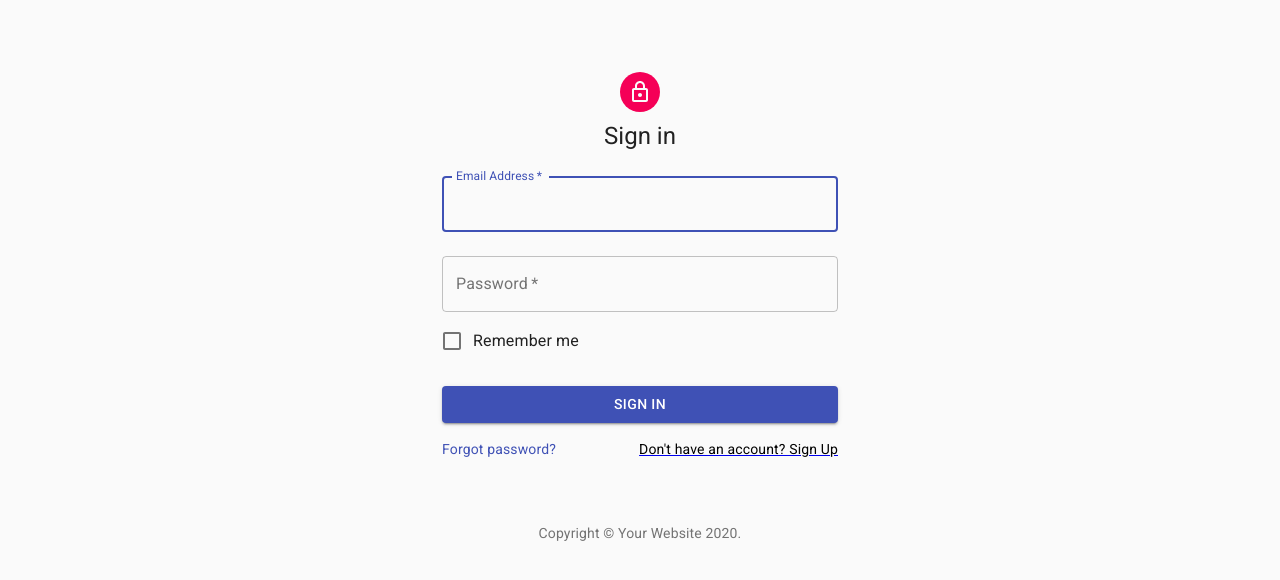
Repository: mk1020/Daily-Bot
Page: /
An editor plug-in stored every save of this project. The page is shown before and after the next save, followed by the edit.
The browser window is 1280 px wide. The pictures show the whole page.
The project was rebuilt for these pictures with package versions that can differ from the ones it lists, and the page was loaded fresh each time. Also part of the build but not shown: src/components/SignUp/SignUp.module.css, src/components/SignUp/SignUp.js, src/App.module.css.

Above is the page before, as saved 2020-03-09 14:48:40.

### public/index.html
<!DOCTYPE html>
<html lang="en">
  <head>
    <meta charset="utf-8" />
    <link rel="icon" href="%PUBLIC_URL%/favicon.ico" />
    <meta name="viewport" content="width=device-width, initial-scale=1" />
    <meta name="theme-color" content="#000000" />
    <meta
      name="description"
      content="Web site created using create-react-app"
    />
    <link rel="apple-touch-icon" href="%PUBLIC_URL%/logo192.png" />
    <!--
      manifest.json provides metadata used when your web app is installed on a
      user's mobile device or desktop. See https://developers.google.com/web/fundamentals/web-app-manifest/
    -->
    <link rel="manifest" href="%PUBLIC_URL%/manifest.json" />
    <link rel="stylesheet" href="https://fonts.googleapis.com/css?family=Roboto:300,400,500,700&display=swap" />
    <link rel="stylesheet" href="https://fonts.googleapis.com/icon?family=Material+Icons" />
    <!--
      Notice the use of %PUBLIC_URL% in the tags above.
      It will be replaced with the URL of the `public` folder during the build.
      Only files inside the `public` folder can be referenced from the HTML.

      Unlike "/favicon.ico" or "favicon.ico", "%PUBLIC_URL%/favicon.ico" will
      work correctly both with client-side routing and a non-root public URL.
      Learn how to configure a non-root public URL by running `npm run build`.
    -->
    <title>React App</title>
  </head>
  <body>
    <noscript>You need to enable JavaScript to run this app.</noscript>
<!--     <script src="/node_modules/amazon-cognito-identity-js/dist/amazon-cognito-identity.min.js"></script>
 -->    <div id="root"></div>
    <!--
      This HTML file is a template.
      If you open it directly in the browser, you will see an empty page.

      You can add webfonts, meta tags, or analytics to this file.
      The build step will place the bundled scripts into the <body> tag.

      To begin the development, run `npm start` or `yarn start`.
      To create a production bundle, use `npm run build` or `yarn build`.
    -->
  </body>
</html>

### src/index.tsx
import React from 'react';
import ReactDOM from 'react-dom';
import './index.css';
import App from './App';
import * as serviceWorker from './serviceWorker';
import Amplify from 'aws-amplify';
import awsconfig from './aws-exports';
import { BrowserRouter } from 'react-router-dom';

Amplify.configure(awsconfig);

ReactDOM.render(
	<BrowserRouter>
		<App />
	</BrowserRouter>,
	document.getElementById('root')
);

// If you want your app to work offline and load faster, you can change
// unregister() to register() below. Note this comes with some pitfalls.
// Learn more about service workers: https://bit.ly/CRA-PWA
serviceWorker.unregister();

### src/App.tsx
import React, { useState } from 'react';
import { API, graphqlOperation } from 'aws-amplify';
import { createPost } from './graphql/mutations';
import { getPost } from './graphql/queries';
import SignIn from './components/SignIn/SignIn';
import SignUp from './components/SignUp/SignUp';
import { Route } from 'react-router-dom';
import './App.module.css';
import {
	CognitoUserPool,
	CognitoUserAttribute,
	CognitoUser,
} from 'amazon-cognito-identity-js';


const poolData = {
	UserPoolId: 'eu-central-1_7VyHQApew',
	ClientId: '2sqov0b8nuk4mhtfjoackulf0n'
};

let attributeList = [];
const email = {
	Name: "email",
	Value: "email3@kdddmymail.com",
}

const name = {
	Name: "name",
	Value: "Mike1",
}

attributeList.push(new CognitoUserAttribute(email));
attributeList.push(new CognitoUserAttribute(name));


const userPool = new CognitoUserPool(poolData);
userPool.signUp(email.Value, 'Nnl1234&*5678', attributeList, null, (err, result)=>{
	 if (err) console.log(err); else console.log(result)

	});

const App = () => {
	const [title, setTitle] = useState('');

	const addTitle = async () => {
		await API.graphql(
			graphqlOperation(createPost, { input: { id: 2, title: title } })
		);
		setTitle('');
	};

	const getPosts = async () => {
		const allPosts = await API.graphql(graphqlOperation(getPost, { id: 2 }));
		console.log('all posts', allPosts);
		debugger;
	};
	return (
		<div className="App">
			<Route exact path="/" render={() => <SignIn />} />
			<Route exact path="/signup" render={() => <SignUp />} />
		</div>
	);
};

export default App;

### src/aws-exports.js
// WARNING: DO NOT EDIT. This file is automatically generated by AWS Amplify. It will be overwritten.

const awsmobile = {
  "aws_project_region": 'eu-central-1',
  "aws_appsync_graphqlEndpoint":
    'https://ap4hlsdpt5b7ngmlotm2y5wqmq.appsync-api.eu-central-1.amazonaws.com/graphql',
  "aws_appsync_region": 'eu-central-1',
  "aws_appsync_authenticationType": 'API_KEY',
  "aws_appsync_apiKey": 'da2-utrcdmiqmbdr7ktnyik7n5y3xe',
 "aws_appsync_dangerously_connect_to_http_endpoint_for_testing": true,
};

export default awsmobile;

### src/graphql/mutations.ts
// tslint:disable
// this is an auto generated file. This will be overwritten

export const createBlog = /* GraphQL */ `
  mutation CreateBlog(
    $input: CreateBlogInput!
    $condition: ModelBlogConditionInput
  ) {
    createBlog(input: $input, condition: $condition) {
      id
      name
      posts {
        items {
          id
          title
        }
        nextToken
      }
    }
  }
`;
export const updateBlog = /* GraphQL */ `
  mutation UpdateBlog(
    $input: UpdateBlogInput!
    $condition: ModelBlogConditionInput
  ) {
    updateBlog(input: $input, condition: $condition) {
      id
      name
      posts {
        items {
          id
          title
        }
        nextToken
      }
    }
  }
`;
export const deleteBlog = /* GraphQL */ `
  mutation DeleteBlog(
    $input: DeleteBlogInput!
    $condition: ModelBlogConditionInput
  ) {
    deleteBlog(input: $input, condition: $condition) {
      id
      name
      posts {
        items {
          id
          title
        }
        nextToken
      }
    }
  }
`;
export const createPost = /* GraphQL */ `
  mutation CreatePost(
    $input: CreatePostInput!
    $condition: ModelPostConditionInput
  ) {
    createPost(input: $input, condition: $condition) {
      id
      title
      blog {
        id
        name
        posts {
          nextToken
        }
      }
      comments {
        items {
          id
          content
        }
        nextToken
      }
    }
  }
`;
export const updatePost = /* GraphQL */ `
  mutation UpdatePost(
    $input: UpdatePostInput!
    $condition: ModelPostConditionInput
  ) {
    updatePost(input: $input, condition: $condition) {
      id
      title
      blog {
        id
        name
        posts {
          nextToken
        }
      }
      comments {
        items {
          id
          content
        }
        nextToken
      }
    }
  }
`;
export const deletePost = /* GraphQL */ `
  mutation DeletePost(
    $input: DeletePostInput!
    $condition: ModelPostConditionInput
  ) {
    deletePost(input: $input, condition: $condition) {
      id
      title
      blog {
        id
        name
        posts {
          nextToken
        }
      }
      comments {
        items {
          id
          content
        }
        nextToken
      }
    }
  }
`;
export const createComment = /* GraphQL */ `
  mutation CreateComment(
    $input: CreateCommentInput!
    $condition: ModelCommentConditionInput
  ) {
    createComment(input: $input, condition: $condition) {
      id
      content
      post {
        id
        title
        blog {
          id
          name
        }
        comments {
          nextToken
        }
      }
    }
  }
`;
export const updateComment = /* GraphQL */ `
  mutation UpdateComment(
    $input: UpdateCommentInput!
    $condition: ModelCommentConditionInput
  ) {
    updateComment(input: $input, condition: $condition) {
      id
      content
      post {
        id
        title
        blog {
          id
          name
        }
        comments {
          nextToken
        }
      }
    }
  }
`;
export const deleteComment = /* GraphQL */ `
  mutation DeleteComment(
    $input: DeleteCommentInput!
    $condition: ModelCommentConditionInput
  ) {
    deleteComment(input: $input, condition: $condition) {
      id
      content
      post {
        id
        title
        blog {
          id
          name
        }
        comments {
          nextToken
        }
      }
    }
  }
`;

### src/graphql/queries.ts
// tslint:disable
// this is an auto generated file. This will be overwritten

export const getBlog = /* GraphQL */ `
  query GetBlog($id: ID!) {
    getBlog(id: $id) {
      id
      name
      posts {
        items {
          id
          title
        }
        nextToken
      }
    }
  }
`;
export const listBlogs = /* GraphQL */ `
  query ListBlogs(
    $filter: ModelBlogFilterInput
    $limit: Int
    $nextToken: String
  ) {
    listBlogs(filter: $filter, limit: $limit, nextToken: $nextToken) {
      items {
        id
        name
        posts {
          nextToken
        }
      }
      nextToken
    }
  }
`;
export const getPost = /* GraphQL */ `
  query GetPost($id: ID!) {
    getPost(id: $id) {
      id
      title
      blog {
        id
        name
        posts {
          nextToken
        }
      }
      comments {
        items {
          id
          content
        }
        nextToken
      }
    }
  }
`;
export const listPosts = /* GraphQL */ `
  query ListPosts(
    $filter: ModelPostFilterInput
    $limit: Int
    $nextToken: String
  ) {
    listPosts(filter: $filter, limit: $limit, nextToken: $nextToken) {
      items {
        id
        title
        blog {
          id
          name
        }
        comments {
          nextToken
        }
      }
      nextToken
    }
  }
`;
export const getComment = /* GraphQL */ `
  query GetComment($id: ID!) {
    getComment(id: $id) {
      id
      content
      post {
        id
        title
        blog {
          id
          name
        }
        comments {
          nextToken
        }
      }
    }
  }
`;
export const listComments = /* GraphQL */ `
  query ListComments(
    $filter: ModelCommentFilterInput
    $limit: Int
    $nextToken: String
  ) {
    listComments(filter: $filter, limit: $limit, nextToken: $nextToken) {
      items {
        id
        content
        post {
          id
          title
        }
      }
      nextToken
    }
  }
`;

### src/components/SignIn/SignIn.js
import React from 'react';
import Avatar from '@material-ui/core/Avatar';
import Button from '@material-ui/core/Button';
import CssBaseline from '@material-ui/core/CssBaseline';
import TextField from '@material-ui/core/TextField';
import FormControlLabel from '@material-ui/core/FormControlLabel';
import Checkbox from '@material-ui/core/Checkbox';
import Link from '@material-ui/core/Link';
import Grid from '@material-ui/core/Grid';
import Box from '@material-ui/core/Box';
import LockOutlinedIcon from '@material-ui/icons/LockOutlined';
import Typography from '@material-ui/core/Typography';
import { makeStyles } from '@material-ui/core/styles';
import Container from '@material-ui/core/Container';
import { NavLink } from 'react-router-dom';
import styles from './SignIn.module.css'
function Copyright() {
	return (
		<Typography variant="body2" color="textSecondary" align="center">
			{'Copyright © '}
			<Link color="inherit" href="https://material-ui.com/">
				Your Website
			</Link>{' '}
			{new Date().getFullYear()}
			{'.'}
		</Typography>
	);
}

const useStyles = makeStyles(theme => ({
	paper: {
		marginTop: theme.spacing(8),
		display: 'flex',
		flexDirection: 'column',
		alignItems: 'center',
	},
	avatar: {
		margin: theme.spacing(1),
		backgroundColor: theme.palette.secondary.main,
	},
	form: {
		width: '100%', // Fix IE 11 issue.
		marginTop: theme.spacing(1),
	},
	submit: {
		margin: theme.spacing(3, 0, 2),
	},
}));

export default function SignIn() {
	const classes = useStyles();

	return (
		<Container component="main" maxWidth="xs">
			<CssBaseline />
			<div className={classes.paper}>
				<Avatar className={classes.avatar}>
					<LockOutlinedIcon />
				</Avatar>
				<Typography component="h1" variant="h5">
					Sign in
				</Typography>
				<form className={classes.form} noValidate>
					<TextField
						variant="outlined"
						margin="normal"
						required
						fullWidth
						id="email"
						label="Email Address"
						name="email"
						autoComplete="email"
						autoFocus
					/>
					<TextField
						variant="outlined"
						margin="normal"
						required
						fullWidth
						name="password"
						label="Password"
						type="password"
						id="password"
						autoComplete="current-password"
					/>
					<FormControlLabel
						control={<Checkbox value="remember" color="primary" />}
						label="Remember me"
					/>
					<Button
						type="submit"
						fullWidth
						variant="contained"
						color="primary"
						className={classes.submit}
					>
						Sign In
					</Button>
					<Grid container>
						<Grid item xs>
							<Link href="#" variant="body2">
								Forgot password?
							</Link>
						</Grid>
						<Grid item>
							<NavLink to="/signup">
								<a className={styles.a}>{"Don't have an account? Sign Up"}</a>
							</NavLink>
						</Grid>
					</Grid>
				</form>
			</div>
			<Box mt={8}>
				<Copyright />
			</Box>
		</Container>
	);
}

### src/components/SignIn/SignIn.module.css
.a {
  color:black;
}

Loaded but not shown: src/index.css (common file); src/serviceWorker.ts (common file)

After the next save:
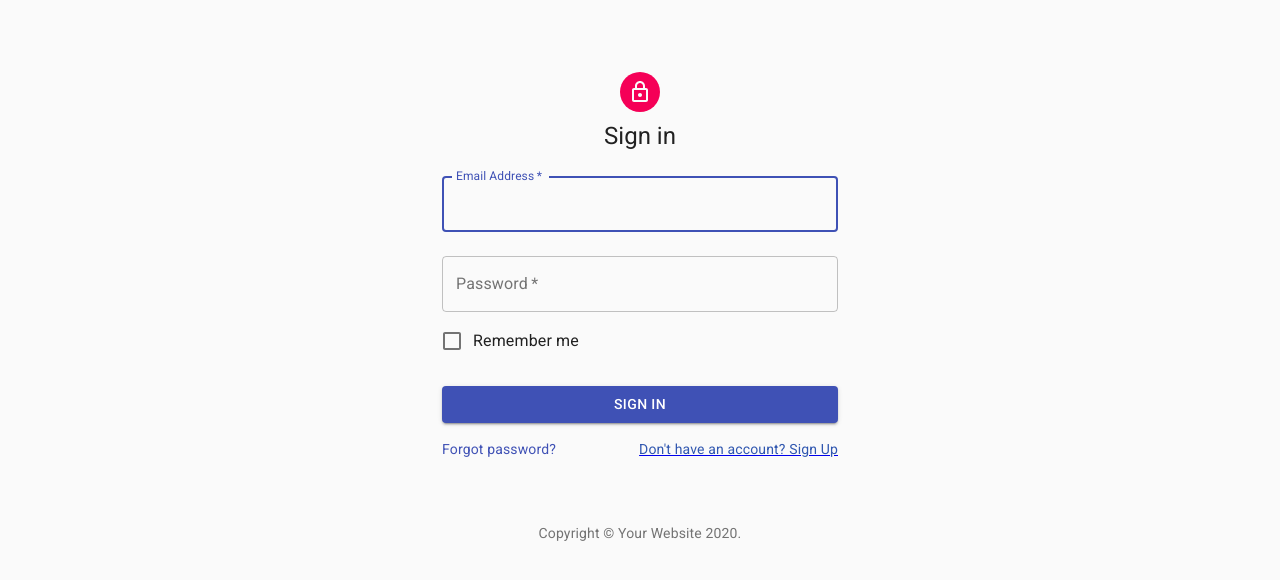
Saved 1 s later.
--- a/src/components/SignIn/SignIn.module.css
+++ b/src/components/SignIn/SignIn.module.css
@@ -1,3 +1,3 @@
 .a {
-  color:black;
+  color:#2F56AF;
 }
